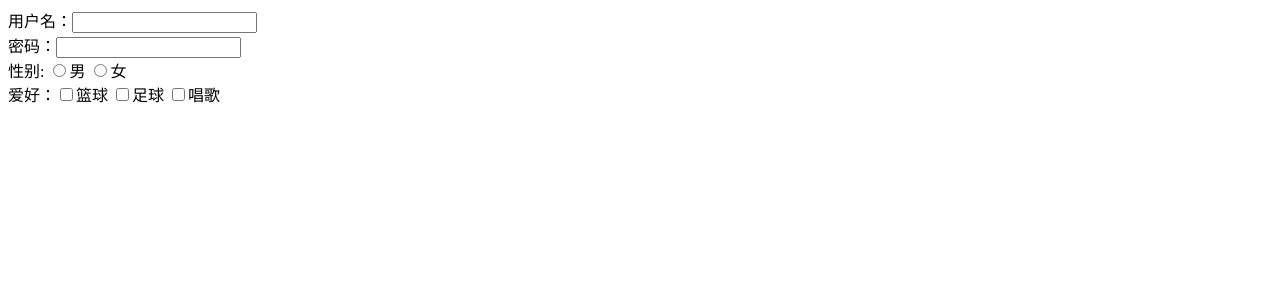
Repository: zhenyusu/j2eeDemo
Page: day09_01_HttpServletRequest/WebRoot/register.html
The author's editor kept a copy of each file at every save. The page is drawn from the files as they stood at one save, then again after the next save.
The browser window is 1280 px wide. The pictures show the whole page.

Above is the page before, as saved 2018-02-22 13:24:49.

After the next save:
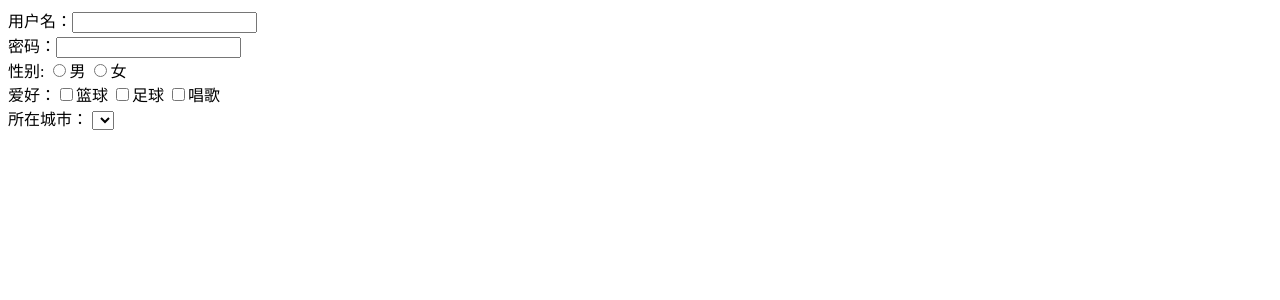
Saved 63 s later.
--- a/day09_01_HttpServletRequest/WebRoot/register.html
+++ b/day09_01_HttpServletRequest/WebRoot/register.html
@@ -14,6 +14,9 @@
 		爱好：<input type = "checkbox" name = "hobby" value = "篮球"/>篮球
 			<input type = "checkbox" name = "hobby" value = "足球"/>足球
 			<input type = "checkbox" name = "hobby" value = "唱歌"/>唱歌</br>
+		所在城市：
+			<select>
+			</select>
 	</form>
 
 </body>
